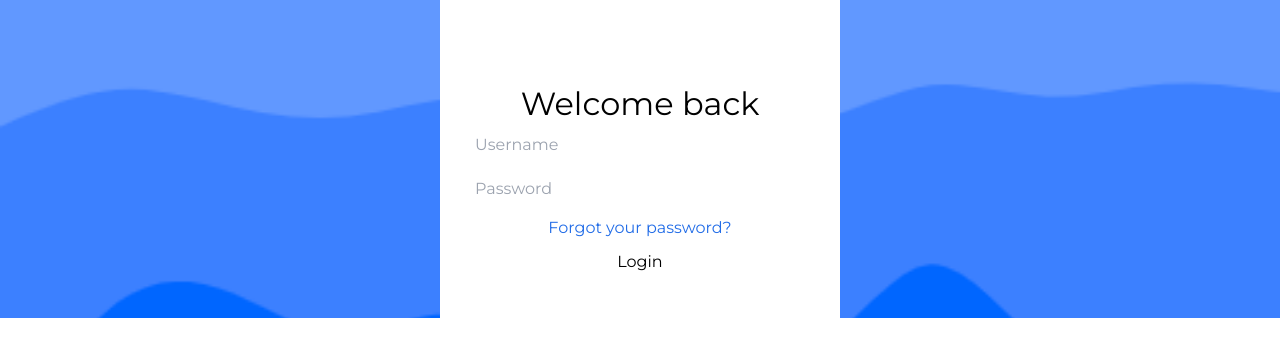
Repository: SatohJiro/CourseSale
Page: /
An editor plug-in stored every save of this project. The page is shown before and after the next save, followed by the edit.
The browser window is 1280 px wide. The pictures show the whole page.
The project was rebuilt for these pictures with package versions that can differ from the ones it lists, and the page was loaded fresh each time. Also part of the build but not shown: src/pages/Home/index.js, src/pages/Courses/index.js, src/layout/DefaultLayout/DefaultLayout.module.scss, src/layout/components/Header/Header.module.scss, src/layout/components/Header/index.js, src/layout/components/Sidebar/Sidebar.module.scss, src/layout/components/Sidebar/index.js, src/layout/DefaultLayout/index.js.

Above is the page before, as saved 2022-12-05 10:59:59.

### public/index.html
<!DOCTYPE html>
<html lang="en">
  <head>
    <meta charset="utf-8" />
    <link rel="icon" href="%PUBLIC_URL%/favicon.ico" />
    <meta name="viewport" content="width=device-width, initial-scale=1" />
    <meta name="theme-color" content="#000000" />
    <meta
      name="description"
      content="Web site created using create-react-app"
    />
    <link rel="apple-touch-icon" href="%PUBLIC_URL%/logo192.png" />
    <!--
      manifest.json provides metadata used when your web app is installed on a
      user's mobile device or desktop. See https://developers.google.com/web/fundamentals/web-app-manifest/
    -->
    <link rel="manifest" href="%PUBLIC_URL%/manifest.json" />
    <!--
      Notice the use of %PUBLIC_URL% in the tags above.
      It will be replaced with the URL of the `public` folder during the build.
      Only files inside the `public` folder can be referenced from the HTML.

      Unlike "/favicon.ico" or "favicon.ico", "%PUBLIC_URL%/favicon.ico" will
      work correctly both with client-side routing and a non-root public URL.
      Learn how to configure a non-root public URL by running `npm run build`.
    -->
    <title>Course Sale</title>
  </head>
  <body>
    <noscript>You need to enable JavaScript to run this app.</noscript>
    <div id="root"></div>
    <!--
      This HTML file is a template.
      If you open it directly in the browser, you will see an empty page.

      You can add webfonts, meta tags, or analytics to this file.
      The build step will place the bundled scripts into the <body> tag.

      To begin the development, run `npm start` or `yarn start`.
      To create a production bundle, use `npm run build` or `yarn build`.
    -->
  </body>
</html>

### src/index.js
import React from "react";
import ReactDOM from "react-dom/client";
import App from "./App";
import reportWebVitals from "./reportWebVitals";

import GlobalStyles from "~/components/GlobalStyles";

const root = ReactDOM.createRoot(document.getElementById("root"));
root.render(
  <React.StrictMode>
    <GlobalStyles>
      <App />
    </GlobalStyles>
  </React.StrictMode>
);

// If you want to start measuring performance in your app, pass a function
// to log results (for example: reportWebVitals(console.log))
// or send to an analytics endpoint. Learn more: https://bit.ly/CRA-vitals
reportWebVitals();

### src/App.js
import { Fragment } from "react";
import { BrowserRouter as Router, Routes, Route } from "react-router-dom";
import { publicRoutes } from "~/routes";
import { DefaultLayout } from "~/layout";
import Login from "./pages/Login/Login";

function App() {
  return (
    // <Router>
    //   <div className="App">
    //     <Routes>
    //       {publicRoutes.map((route, index) => {
    //         let Layout = DefaultLayout;
    //         if (route.layout) {
    //           Layout = route.layout;
    //         } else if (route.layout === null) {
    //           Layout = Fragment;
    //         }
    //         const Page = route.component;
    //         return (
    //           <Route
    //             key={index}
    //             path={route.path}
    //             element={
    //               <Layout>
    //                 <Page />
    //               </Layout>
    //             }
    //           />
    //         );
    //       })}
    //     </Routes>
    //   </div>
    // </Router>
    <Login></Login>
  );
}

export default App;

### src/components/GlobalStyles/index.js
import './GlobalStyles.scss'

function GlobalStyles({children}){
    return children
}
export default GlobalStyles

### src/routes/index.js
import { ROUTE_NAME } from "./routesConstant";

import Home from "~/pages/Home";
import Courses from "~/pages/Courses";
import Login from "~/pages/Login/Login";

const publicRoutes = [
  { path: ROUTE_NAME.ROOT, component: Home },
  { path: ROUTE_NAME.COURSES, component: Courses },
  { path: ROUTE_NAME.LOGIN, component: Login },
];
const privateRoutes = [];
export { publicRoutes, privateRoutes };

### src/layout/index.js
export {default as DefaultLayout} from './DefaultLayout'

### src/pages/Login/Login.jsx
import React from "react";

const Login = () => {
  return (
    <>
      <div className="grid place-items-center m-0 px-[24px] bg-login bg-no-repeat bg-cover animate-background-pan">
        <div className="w-[400px] px-[30px] pt-[70px] pb-[44px] round-[24px] bg-white text-center">
          <h2 className="mt-4 text-[32px]">Welcome back</h2>
          <form action="" className="grid gap-4">
            <input className="p-2" type="text" placeholder="Username" />
            <input className="p-2" type="password" placeholder="Password" />
            <a href="#" className="text-link">
              Forgot your password?
            </a>
            <butotn>Login</butotn>
          </form>
        </div>
      </div>
    </>
  );
};

export default Login;

### src/components/GlobalStyles/GlobalStyles.scss
@tailwind base;
@tailwind components;
@tailwind utilities;
@import "normalize.css";
@import url("https://fonts.googleapis.com/css2?family=Montserrat:wght@300;400;500;600;700&display=swap");

:root {
}
* {
  margin: 0;
  padding: 0;
  box-sizing: border-box;
}
html {
  font-size: 62.5%;
  a {
    color: #fff;
  }
}
body {
  font-family: "Montserrat";
  font-size: 1.6rem;
  line-height: 1.5;
  text-rendering: optimizeSpeed;
}

### src/routes/routesConstant.js
const HOME = "/";
const COURSES = "/courses";
const LOGIN = "/login";

export const ROUTE_NAME = {
  LOGIN: LOGIN,
  ROOT: HOME,
  COURSES: COURSES,
};

### src/layout/components/Sidebar/Sidebar.js
import classNames from "classnames/bind";
import style from "./Sidebar.module.scss";

import { ROUTE_NAME } from "~/routes/routesConstant";
import { AiOutlineHome, AiOutlineUnorderedList } from "react-icons/ai";

import { Link } from "react-router-dom";
import { useState } from "react";

const cx = classNames.bind(style);

const listTab = [
  {
    name: "home",
    path: ROUTE_NAME.ROOT,
    title: "Trang chủ",
    icon: <AiOutlineHome className={cx("menu-icon")} />,
  },
  {
    name: "courses",
    path: ROUTE_NAME.COURSES,
    title: "Khóa học",
    icon: <AiOutlineUnorderedList className={cx("menu-icon")} />,
  },
];
function Sidebar() {
  const [tabActive, setTabActive] = useState(listTab[0].name);
  return (
    <div className={cx("wrapper")}>
      <div className={cx("menu-wrapper")}>
        {listTab.map((item, index) => {
          return (
            <Link
              to={item.path}
              className={cx(
                "menu-item",
                tabActive === item.name ? "active" : null
              )}
              key={index}
              onClick={() => {
                setTabActive(item.name);
              }}
            >
              {item.icon}
              <span className={cx("menu-title")}>{item.title}</span>
            </Link>
          );
        })}
      </div>
    </div>
  );
}

export default Sidebar;

### tailwind.config.js
/** @type {import('tailwindcss').Config} */
module.exports = {
  content: ["./src/**/*.{js,jsx,ts,tsx}"],
  theme: {
    extend: {
      colors: {
        link: "#216ce7",
      },
      backgroundImage: {
        login: "url('../assets/img/login/login.png')",
      },
      keyframs: {
        pan: {
          "100%": { backgroundPosition: "15% 50%" },
        },
      },
      animation: {
        "background-pan": "pan 6s infinite alternate linear",
      },
    },
  },
  plugins: [],
};

Loaded but not shown: src/reportWebVitals.js (common file)

After the next save:
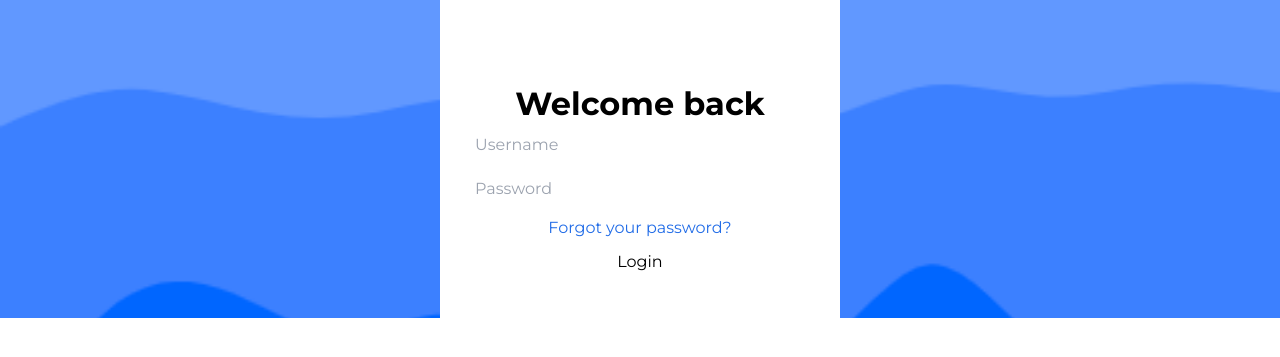
Saved 11 s later.
--- a/src/pages/Login/Login.jsx
+++ b/src/pages/Login/Login.jsx
@@ -5,7 +5,7 @@ const Login = () => {
     <>
       <div className="grid place-items-center m-0 px-[24px] bg-login bg-no-repeat bg-cover animate-background-pan">
         <div className="w-[400px] px-[30px] pt-[70px] pb-[44px] round-[24px] bg-white text-center">
-          <h2 className="mt-4 text-[32px]">Welcome back</h2>
+          <h2 className="mt-4 text-[32px] font-bold">Welcome back</h2>
           <form action="" className="grid gap-4">
             <input className="p-2" type="text" placeholder="Username" />
             <input className="p-2" type="password" placeholder="Password" />
